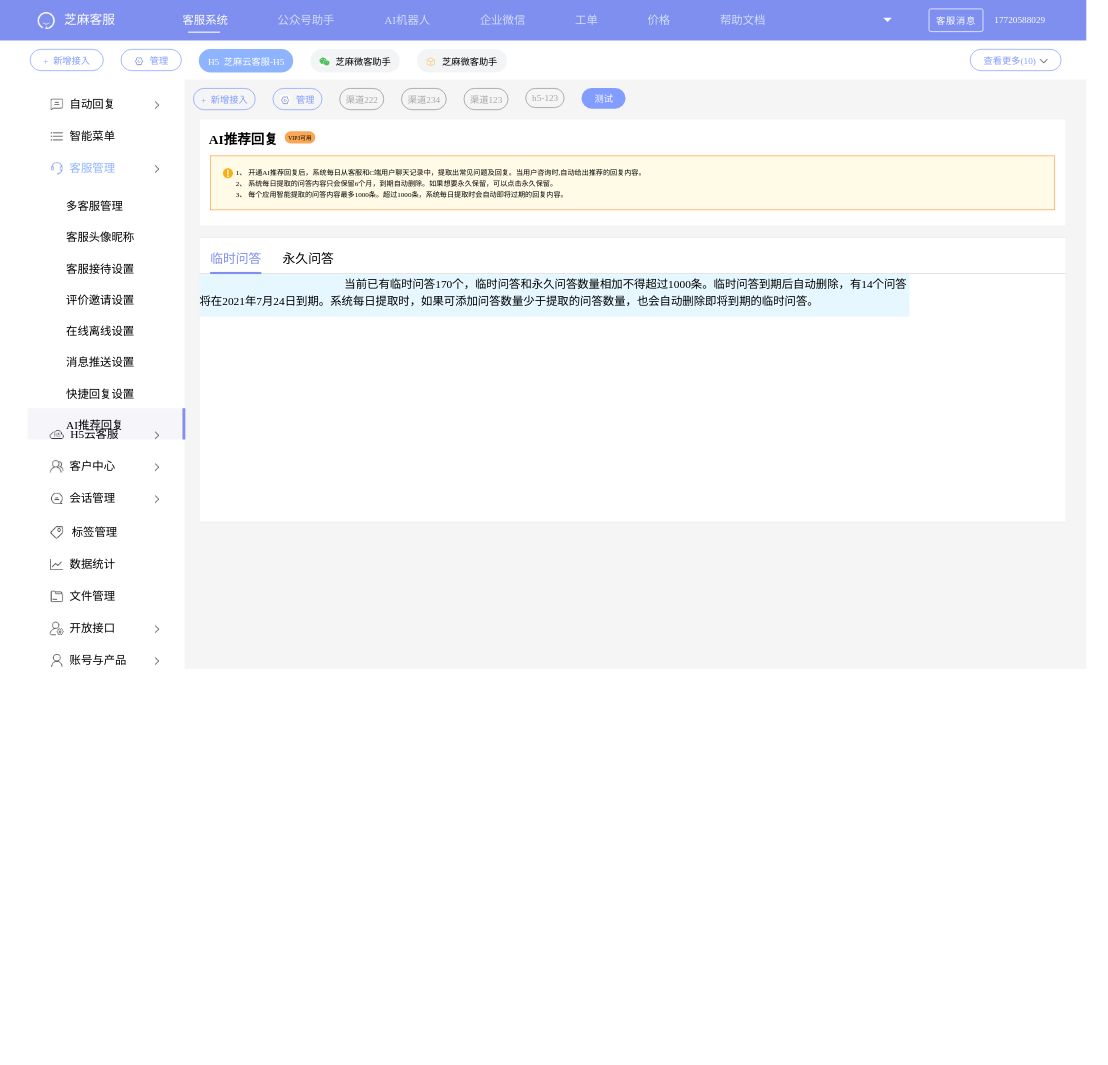
Repository: Privatexiao/projects
Page: Customer service assistant/Untitled-1.html
These files come from the project's save history. The page is drawn as it stood at one moment and after the next save; the edit follows.
The browser window is 1280 px wide. The page is 1560 px wide, so the pictures cover 1560 px, including what lies to the right of the window. The pictures show the whole page, at 71% of full size.

Above is the page before, as saved 2021-07-27 17:02:09.

After the next save:
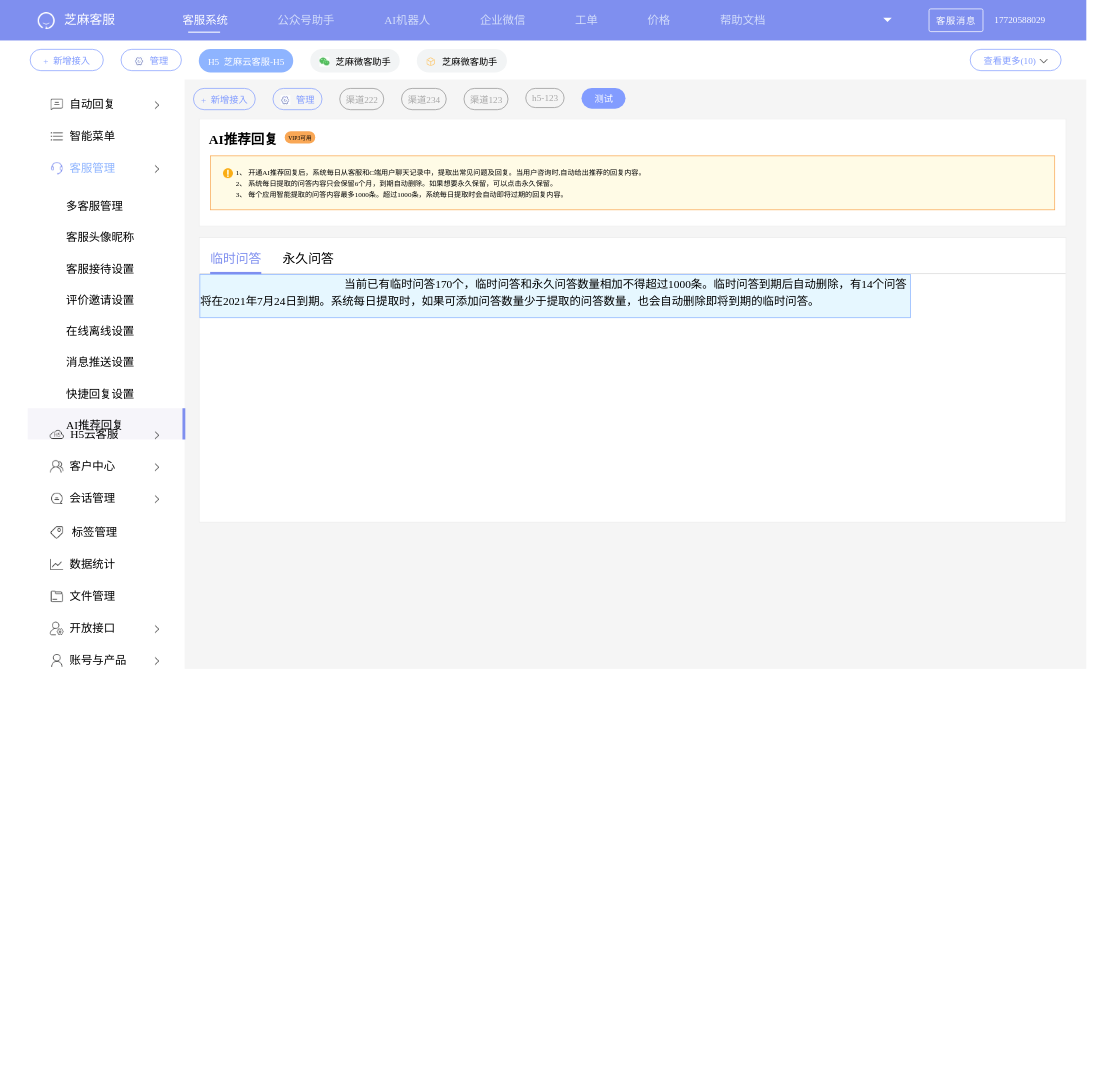
Saved 6 s later.
--- a/Customer service assistant/Untitled-2.css
+++ b/Customer service assistant/Untitled-2.css
@@ -316,5 +316,5 @@ em{
     background-color: #e6f7ff;
     width: 1000px;
     height: 60px;
-    border: 1px solid #;
-}
+    border: 1px solid #8eb4ff;
+}
